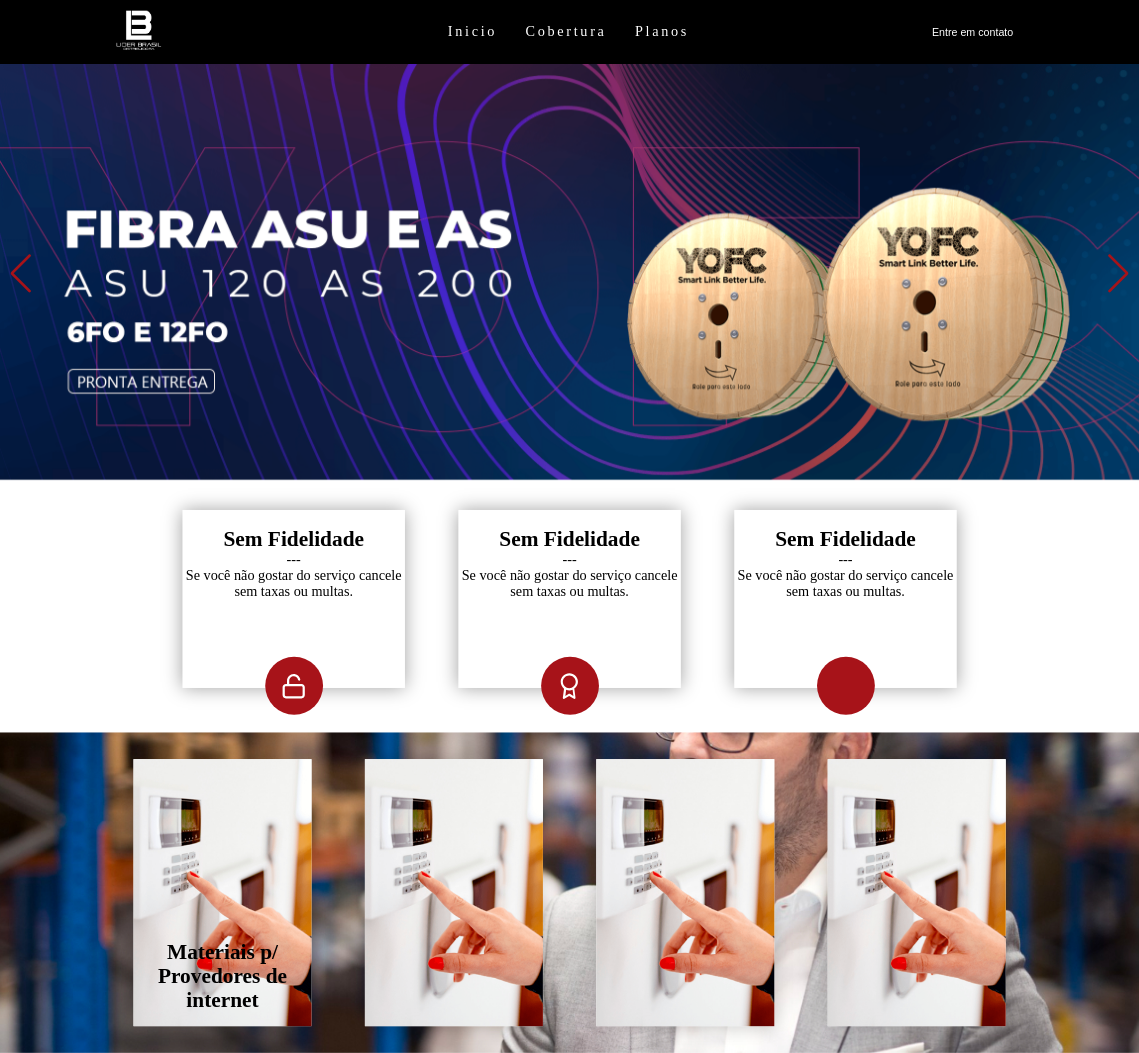
Repository: mateus-henrique-silva/Novo_institucional_lider
Page: index.html
An editor plug-in stored every save of this project. The page is shown before and after the next save, followed by the edit.
The browser window is 1280 px wide. The pictures show the whole page, at 89% of full size.
Backgrounds fixed to the window are drawn as part of the page. Some web fonts or font styles are not loaded; a fallback is used.

Above is the page before, as saved 2022-09-06 10:09:52.
Console error: SyntaxError: Identifier 'MobileNavbar' has already been declared

### index.html
<!DOCTYPE html>
<html lang="en">
  <head>
    <meta charset="UTF-8" />
    <meta http-equiv="X-UA-Compatible" content="IE=edge" />
    <meta name="viewport" content="width=device-width, initial-scale=1.0" />
    <meta
      name="viewport"
      content="width=device-width, user-scalable=yes, initial-scale=1.0, maximum-scale=10, minimum-scale=1.0"
    />
    <link rel="stylesheet" href="./src/CSS/Global.css" />
    <link rel="stylesheet" href="./src/CSS/Header/style.css" />
    <link rel="stylesheet" href="./src/CSS/Main/style.css" />
    <link rel="stylesheet" href="./src/CSS/Main/Carousel/styles.css" />
    <link rel="stylesheet" href="./src/CSS/Main/Box/style.css" />
    <link rel="stylesheet" href="./src/CSS/Main/Products/style.css" />
    <link
      rel="stylesheet"
      href="https://unpkg.com/swiper@8/swiper-bundle.min.css"
    />

    <title>Líder Brasil</title>
  </head>
  <body>
    <header>
      <nav>
        <a class="logo"
          ><img src="./src/Assets/Logo/lb.png" width="50" alt=""
        /></a>
        <div class="mobile-menu">
          <div class="line1"></div>
          <div class="line2"></div>
          <div class="line3"></div>
        </div>
        <ul class="nav-list">
          <li><a href="#network index.html">Inicio</a></li>
          <li><a href="#map-container">Cobertura</a></li>
          <li><a href="#container">Planos</a></li>
        </ul>
        <ul>
          <li style="list-style: none; font-size: 10px">
            <a
              href="#"
              style="
                font-size: 12px;
                padding: 10px;
                font-family: arial;
                color: white;
              "
              onclick="openForm()"
              class="contact-header"
              >Entre em contato</a
            >
          </li>
        </ul>
      </nav>
    </header>
    <main>
      <section>
        <div class="swiper">
          <div class="swiper-wrapper">
            <div class="swiper-slide">
              <div class="project-img">
                <img
                  src="./src/Assets/img/carrossel/desktop/drop-desktop.png"
                  alt="Foto 01"
                />
              </div>
              <div class="project-img" id="mobile-img">
                <img
                  src="./src/Assets/img/carrossel/mobile/drop-mobile.png"
                  alt="Foto 03"
                />
              </div>
            </div>
            <div class="swiper-slide">
              <div class="project-img">
                <img
                  src="./src/Assets/img/carrossel/desktop/escada-desktop.png"
                  alt="Foto 01"
                />
              </div>
              <div class="project-img" id="mobile-img">
                <img
                  src="./src/Assets/img/carrossel/mobile/escada-mobile.png"
                  alt="Foto 03"
                />
              </div>
            </div>
            <div class="swiper-slide">
              <div class="project-img">
                <img src="./src/Assets/img/teste6.png" alt="Foto 01" />
              </div>
              <div class="project-img" id="mobile-img">
                <img src="./src/Assets/img/foto_03.png" alt="Foto 03" />
              </div>
            </div>
          </div>
          <div class="swiper-button-next"></div>
          <div class="swiper-button-prev"></div>
          <div class="swiper-pagination"></div>
        </div>
      </section>
      <section>
        <div class="section-box">
          <!-- card 1 -->

          <ul>
            <li class="box">
              <div class="box-inter">
                <h1>Sem Fidelidade</h1>
                <p>---</p>

                <p>
                  Se você não gostar do serviço cancele sem taxas ou multas.
                </p>
              </div>

              <div class="obj">
                <img
                  src="./src/Assets/img/icons/unlock.svg"
                  alt="arrowup"
                  srcset=""
                />
              </div>
            </li>
            <!-- card 2 -->
            <li class="box">
              <div class="box-inter">
                <h1>Sem Fidelidade</h1>
                <p>---</p>

                <p>
                  Se você não gostar do serviço cancele sem taxas ou multas.
                </p>
              </div>

              <div class="obj">
                <img
                  src="./src/Assets/img/icons/award.svg"
                  alt="arrowup"
                  srcset=""
                />
              </div>
            </li>
            <!-- card 3 -->
            <li class="box">
              <div class="box-inter">
                <h1>Sem Fidelidade</h1>
                <p>---</p>

                <p>
                  Se você não gostar do serviço cancele sem taxas ou multas.
                </p>
              </div>

              <div class="obj">
                <img
                  src="./src/Assets/img/icons/chevrons-up.svg"
                  alt="arrowup"
                  srcset=""
                />
              </div>
            </li>
          </ul>
        </div>
      </section>

      <section>
        <div class="background">
          <img
            class="img"
            src="./src/Assets/img/icons/aBlack.svg"
            alt=""
            srcset=""
          />

          <ul>
            <li>
              <div class="products">
                <button>text</button>
                <div>
                  <h2>Materiais p/ Provedores de internet</h2>
                </div>

              </div>
            </li>

            <li>
              <div class="products">
                <button>text</button>
              </div>
            </li>

            <li>
              <div class="products">
                <button>text</button>
              </div>
            </li>
            <li>
              <div class="products">
                <button>text</button>
              </div>
            </li>
          </ul>
        </div>
      </section>
    </main>
    <footer></footer>
    <script src="https://unpkg.com/swiper@8/swiper-bundle.min.js"></script>
    <script src="./src/Scripts/Carousel/scripts.js"></script>
    <script src="./src/Scripts/Mobile/scripts.js"></script>
    <script src="./src/Scripts/Global.js"></script>
  </body>
</html>

### src/CSS/Global.css
@import url("https://fonts.googleapis.com/css2?family=Montserrat:ital,wght@0,100;0,200;0,300;0,400;0,500;0,600;0,700;0,800;0,900;1,100;1,200;1,300;1,400;1,500;1,600;1,700;1,800;1,900&family=Source+Serif+Pro:ital,wght@0,200;0,300;0,400;0,600;0,700;0,900;1,200;1,300;1,400;1,600;1,700;1,900&display=swap");

* {
  font-family: 'Source Serif Pro', serif;
  margin: 0;
  padding: 0;
  border: 0;

}


body{

}

### src/CSS/Header/style.css
header {
  width: 100%;
  background-color: black;
  margin-top: 0;
}
a {
  color: black;
  text-decoration: none;
  transition: 0.3s;
}

a:hover {
  opacity: 0.7;
}

.logo {
  align-items: center;
  width: 6%;

  text-transform: uppercase;
  letter-spacing: 4px;
}

.logo h1 {
  font-size: 12px;
}

nav {
  display: flex;
  z-index: 1;

  width: 100%;
  margin-top: 0;

  justify-content: space-around;
  align-items: center;
  background-color: black;
  height: 10vh;
}

.nav-list {
  text-align: center;
  justify-content: center;
  list-style: none;
  display: flex;
  z-index: 1;
}

.nav-list li {
  letter-spacing: 3px;
  margin-left: 32px;
}
.nav-list li a {
  color: white;
}
.nav-list li a:hover {
  color: #ff073b;
}

.mobile-menu {
  display: none;
  margin-left: 80px;
  cursor: pointer;
}

.mobile-menu div {
  transition: 0.3s;

  width: 32px;
  height: 2px;
  background: white;
  margin: 8px;
}

@media (max-width: 950px) {
  body {
    overflow-x: hidden;
  }

  .nav-list {
    position: absolute;
    top: 7vh;
    right: 0;
    width: 100vw;
    height: 100vh;
    background-color: white;
    flex-direction: column;
    color: white;
    /* align-items: center; */
    display: none;
    justify-content:flex-start;
    transition: 0.4s ease-in;
    /* justify-content: space-around; */
    transform: translateX(100%);
  }

  .nav-list li {
    margin-top:100px;
    margin-left: 0;
    opacity: 0;
  }

  .mobile-menu {
    display: block;
  }
  .contact-header {
    display: none;
  }

  .logo {
    margin-left:10px;
    width: 60%;
  }
}

.nav-list.active {
  transition: 0.3s;
  overflow-y: hidden;
  position: fixed;
  z-index: 10000;
  background-color: black;
  transform: translateX(0);
  display: flex;
}

.nav-list.active li {
  color: white!important;
  font-weight:bold;
}

.nav-list.active li {
  color: white;
}

@keyframes navLinkFade {
  from {
    opacity: 0;
    transform: translateX(50px);
  }

  to {
    opacity: 1;
    transform: translateX(0);
  }
}

.mobile-menu.active .line1 {
  transform: rotate(-45deg) translate(-8px, 8px);
}

.mobile-menu.active .line2 {
  opacity: 0;
}

.mobile-menu.active .line3 {
  transform: rotate(45deg) translate(-5px, -7px);
}

### src/CSS/Main/style.css
main{
    width: 100%;
    height: 100%;

    max-width: 100vw;
}


section{

    width: 100%;
    max-width: 100vw;
    height: 100%;
}


ul li {
    list-style: none;
}

### src/CSS/Main/Carousel/styles.css
.swiper {
    height: 100%!important;

  }

  .swiper-slide {
    text-align: center;
    display: flex;
    height: 100%!important;
    align-items: center;
    justify-content: center;
  }

  @media (max-width: 450px) {
    .swiper {
      height: 270px;
    }

    .project-img img{
      width: 100%;
      height: 100%!important;
    }
  }

  .project-img img{
    width: 100%;
    /* height: 80vh; */
  }



  .swiper-pagination-bullet{
    color: white !important;
    /* margin-top:-10px!important; */
    background-color:white !important;
  }

  /*
    largura => 3840
    Altura => 420

  */


  .swiper-button-next:after, .swiper-button-prev:after{
    color:#a71319 !important;
  }

  #mobile-img{
    display: none;
  }


  @media(max-width:999px){
    #mobile-img{
      display: block!important;
    }


    .project-img{
      display:none;
    }
  }


.menu{
  display:flex;
  flex-direction:column;
}

### src/CSS/Main/Box/style.css
.section-box {
  width: 100%;

  justify-content: center;
  align-items: center;
  display: flex;
}

.box {
  display: flex;
  flex-direction: column;
  /* justify-content: center; */

  justify-content: flex-end;
  align-items: center;
  height: 100%;
  margin: 30px;
  margin-bottom: 20px;
  /* width: 100%; */
  /* background-color: red; */
}

@media (max-width: 770px) {
  .section-box {
    width: 100%;
    justify-content: space-around;
    flex-direction: column;
    display: flex;
  }

  .box-inter {
    background-color: white;
    height: 100px;
    width: 200px;
    /* width: 100%; */
  }
}

@media (max-width: 480px) {
  .box-inter {
    height: 170px !important;
    width: 170px !important;
    /* width: 100%; */
  }

  .obj {
    height: 45px !important;

    margin-top: -35px;
    width: 45px !important;
  }

  .obj img {
    width: 20px !important;
  }
}

.box-inter {
  background-color: white;
  height: 200px;
  width: 250px;
  -webkit-box-shadow: 0px 0px 20px 0px rgba(0, 0, 0, 0.37);
  box-shadow: 0px 0px 20px 0px rgba(0, 0, 0, 0.37);
  display: flex;

  flex-direction: column;
  align-items: center;
  text-align: center;

  /* width: 100%; */
}

.box-inter h1 {
  margin-top: 20px;
  font-size: clamp(1em, 1em + 1vw, 1.5em);
}

.box p {
  font-size: clamp(1em, 1em + 0.5vw, 0.5em);
}
.obj {
  background-color: #a71319;
  height: 65px;

  border-radius: 50%;
  display: flex;
  align-items: center;
  justify-content: center;
  margin-top: -35px;
  width: 65px;
}

.obj img {
  width: 30px;
}

.section-box ul {
  display: flex;
  overflow-x: auto;
  width: 100%;
  justify-content: center;
  scroll-behavior: smooth;
}

.section-box .img-arrow {
  display: none;
}

@media (max-width: 600px) {
  .section-box .img-arrow {
    display: flex;
    justify-content: flex-end;

    animation: mymove 0.8s infinite;
  }
  .section-box ul {
    display: flex;
    overflow-x: auto;
    width: 100%;
    justify-content: flex-start;
    scroll-behavior: smooth;
  }
  @keyframes mymove {
    from {
      left: 280px;
    }
    to {
      left: 300px;
    }
  }
}

### src/CSS/Main/Products/style.css
.background {
  width: 100%;
  background: url("../../../Assets/img/Background/medio.jpg") no-repeat center
    fixed;
  height: 100%;
  display: flex;
  justify-content: space-around;
  justify-content: center;
  align-items: center;
}
.background ul {
  display: flex;
  overflow-x: auto;
  overflow-y: hidden;
  scroll-behavior: smooth;
  /* width: 100px; */
}
.background img {
  display: none;
}

.background ul li .products .img {
  display: flex;
}

.products {
  margin: 30px;
  background: url("../../../Assets/img/Background/products/alarme.png")
    no-repeat center;
  background-size: 100%;
  justify-content: flex-end;
  height: 300px;
  width: 200px;
  -webkit-box-shadow: 0px 0px 20px 0px rgba(0, 0, 0, 0.2) !important;
  box-shadow: 0px 0px 20px 0px rgba(0, 0, 0, 0.2) !important;
  background-color: white;
  display: flex;
  text-align: center;
  flex-direction: column;
  align-items: center;
  box-sizing: border-box;
}

.products div h2 {
  margin-bottom: 15px;
}
.products:hover {
  justify-content:center;

}
.products:hover div h2{
  display:none;
}
@media (max-width: 600px) {
  .background .img {
    position: absolute;
    margin-top: 170px;
    display: flex;
    justify-content: flex-end;
    animation: mymove 0.8s infinite;
  }

  @keyframes mymove {
    from {
      left: 280px;
    }
    to {
      left: 300px;
    }
  }
}

.products button {
  background-color: black;
  display: none;
  color: white;
  cursor: pointer;
  padding: 8px 25px 8px;
}

.products:hover button {
  background-color: black;
  display: flex;

  color: white;
  cursor: pointer;
  padding: 8px 25px 8px;
}

### src/Scripts/Mobile/scripts.js
class MobileNavbar{


    constructor(mobileMenu, navList, navLinks){
        this.mobileMenu = document.querySelector(mobileMenu);
        this.navList = document.querySelector(navList);
        this.navLinks = document.querySelectorAll(navLinks);
        this.activeClass = "active";
        this.hadleClick =  this.hadleClick.bind(this);


    }

    animateLinks(){
        this.navLinks.forEach((link, index)=>{

            var calc = index/7+0.3;


            link.style.animation
            ?(link.style.animation="")
            :(link.style.animation= `navLinkFade 0.5s ease forwards ${calc}s`);


        });


    }


    hadleClick(){


        this.navList.classList.toggle(this.activeClass);
        this.mobileMenu.classList.toggle(this.activeClass);
        this.animateLinks();
    }

    addClickEvent(){
        this.mobileMenu.addEventListener("click", this.hadleClick);


    }

    init(){

        if(this.mobileMenu){

            this.addClickEvent();
        }
        return this;
    }
    }



    const mobileNavbar = new MobileNavbar(

        ".mobile-menu",

        ".nav-list",

        ".nav-list li",


        );


    mobileNavbar.init();

### src/Scripts/Global.js
document.onmousedown=disableclick;
function disableclick(event)
{
  if(event.button==2)
   {
     return false;
   }
}

### src/Assets/img/icons/award.svg
<?xml version="1.0" encoding="utf-8"?>
<!-- Generator: Adobe Illustrator 24.0.1, SVG Export Plug-In . SVG Version: 6.00 Build 0)  -->
<svg version="1.1" id="Camada_1" xmlns="http://www.w3.org/2000/svg" xmlns:xlink="http://www.w3.org/1999/xlink" x="0px" y="0px"
	 viewBox="0 0 24 24" style="enable-background:new 0 0 24 24;" xml:space="preserve">
<style type="text/css">
	.st0{fill:#FFFFFF;}
</style>
<path class="st0" d="M19.5,8.1c0-4.3-3.5-7.7-7.7-7.7S4,3.9,4,8.1c0,2.5,1.2,4.7,3,6.1l-1.1,8.3c0,0.4,0.1,0.7,0.4,0.9
	c0.3,0.2,0.7,0.2,1,0l4.3-2.6l4.3,2.6c0.2,0.1,0.3,0.1,0.5,0.1c0.2,0,0.4-0.1,0.5-0.2c0.3-0.2,0.5-0.6,0.4-0.9l-1.1-8.3
	C18.3,12.8,19.5,10.6,19.5,8.1z M5.9,8.1c0-3.2,2.6-5.8,5.8-5.8s5.8,2.6,5.8,5.8s-2.6,5.8-5.8,5.8S5.9,11.3,5.9,8.1z M15.4,20.8
	l-3.1-1.9c-0.3-0.2-0.7-0.2-1,0l-3.1,1.9l0.7-5.5c0.9,0.4,1.9,0.6,2.9,0.6c1,0,2-0.2,2.9-0.6L15.4,20.8z"/>
</svg>

### src/Assets/img/icons/chevrons-up.svg
<svg xmlns="http://www.w3.org/2000/svg" width="24" height="24" viewBox="0 0 24 24" fill="none" stroke="" stroke-width="2" stroke-linecap="round" stroke-linejoin="round" class="feather feather-chevrons-up"><polyline points="17 11 12 6 7 11"></polyline><polyline points="17 18 12 13 7 18" color="white"></polyline></svg>

After the next save:
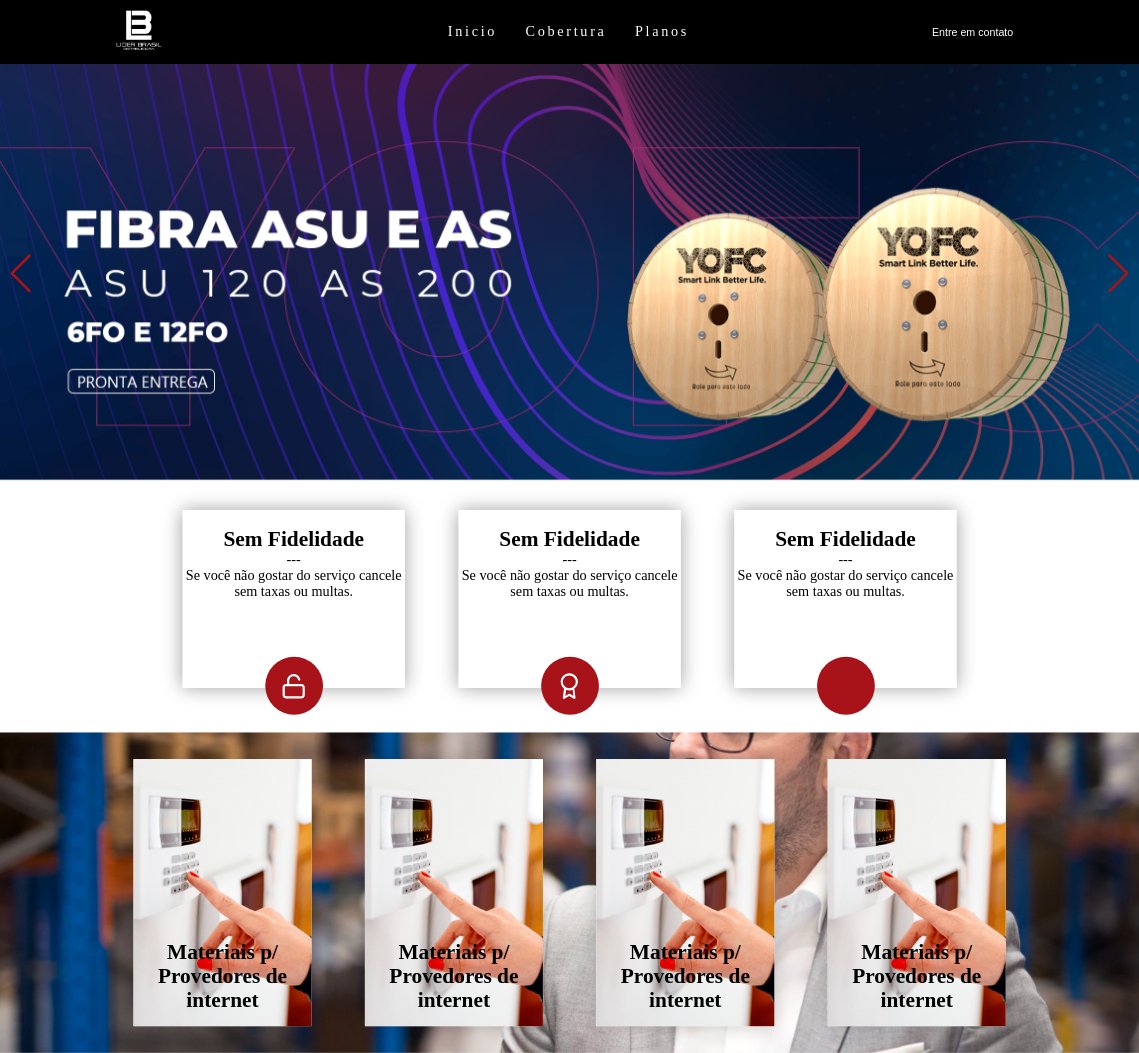
Saved 13 s later.
--- a/index.html
+++ b/index.html
@@ -189,17 +189,29 @@
             <li>
               <div class="products">
                 <button>text</button>
-              </div>
-            </li>
-
-            <li>
-              <div class="products">
-                <button>text</button>
-              </div>
-            </li>
-            <li>
-              <div class="products">
-                <button>text</button>
+                <div>
+                  <h2>Materiais p/ Provedores de internet</h2>
+                </div>
+
+              </div>
+            </li>
+
+            <li>
+              <div class="products">
+                <button>text</button>
+                <div>
+                  <h2>Materiais p/ Provedores de internet</h2>
+                </div>
+
+              </div>
+            </li>
+            <li>
+              <div class="products">
+                <button>text</button>
+                <div>
+                  <h2>Materiais p/ Provedores de internet</h2>
+                </div>
+
               </div>
             </li>
           </ul>
